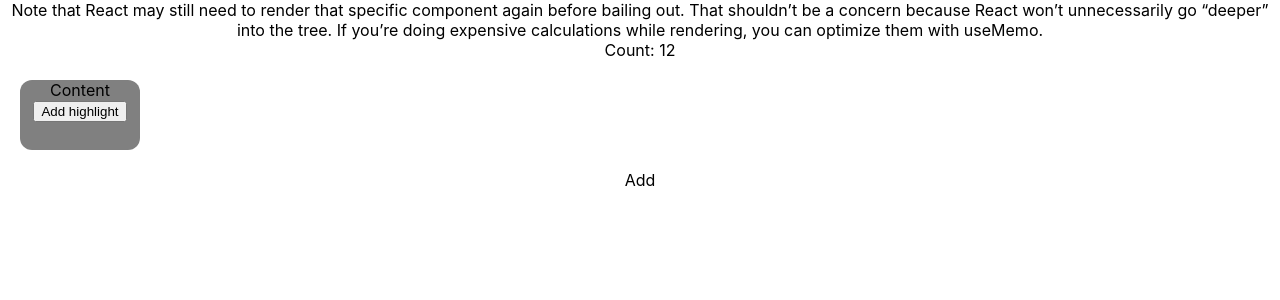
Repository: Farbod29/React-text-highlighter-with-hook-
Page: /
These files come from the project's save history. The page is drawn as it stood at one moment and after the next save; the edit follows.
The browser window is 1280 px wide. The pictures show the whole page.
The project was rebuilt for these pictures with package versions that can differ from the ones it lists, and the page was loaded fresh each time.

Above is the page before, as saved 2022-02-18 21:09:39.

After the next save:
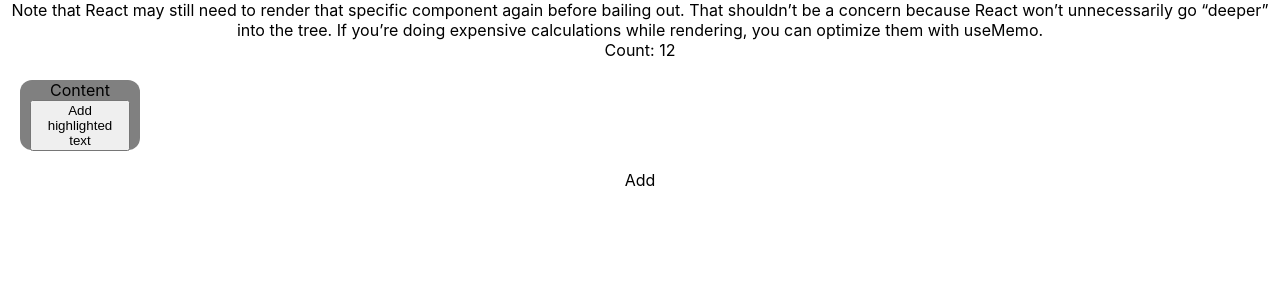
Saved 10 s later.
--- a/src/highlighter.js
+++ b/src/highlighter.js
@@ -33,7 +33,7 @@ export default function Highlighter() {
           }}
         >
           Content
-          <button onClick={() => setCount(12)}> Add highlight </button>
+          <button onClick={() => setCount(12)}> Add highlighted text </button>
         </div>
         Add {doit()}
       </div>
